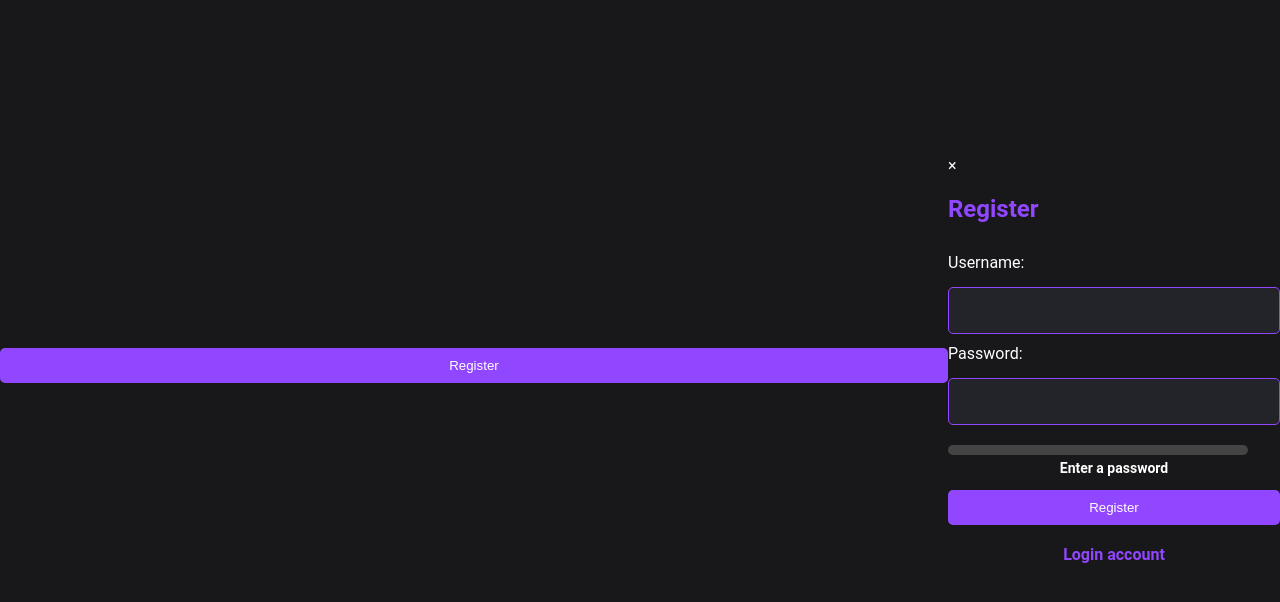
Repository: wolvicjohn/argon2
Page: http://localhost/register.php
The author's editor kept a copy of each file at every save. The page is drawn from the files as they stood at one save, then again after the next save.
The browser window is 1280 px wide. The pictures show the whole page.
The page is run by PHP 8.4 with error messages shown; the project is at /var/www/html/.

Above is the page before, as saved 2024-10-18 02:23:09.

### register.php
<?php
// Include the database connection
require 'db.php';

if ($_SERVER['REQUEST_METHOD'] === 'POST') {
    $username = $_POST['username'];
    $password = $_POST['password'];

    // Check if username exists
    $stmt = $pdo->prepare('SELECT id FROM users WHERE username = ?');
    $stmt->execute([$username]);
    if ($stmt->fetch()) {
        die('Username already taken');
    }

    // Hash password with Argon2
    $passwordHash = password_hash($password, PASSWORD_ARGON2ID);

    // Insert user into database
    $stmt = $pdo->prepare('INSERT INTO users (username, password_hash) VALUES (?, ?)');
    $stmt->execute([$username, $passwordHash]);

    echo "<script>alert('User registered successfully!');</script>";
}
?>
<!DOCTYPE html>
<html lang="en">

<head>
    <meta charset="UTF-8">
    <title>Register</title>
    <link rel="stylesheet" href="styles.css"> <!-- Link to external CSS -->
</head>

<body>
    <button id="openModal">Register</button> <!-- Button to open the modal -->

    <div id="modal" class="modal"> <!-- Modal structure -->
        <div class="modal-content">
            <span class="close">&times;</span> <!-- Close button -->
            <h2>Register</h2>
            <form action="register.php" method="POST">
                <label for="username">Username:</label>
                <input type="text" name="username" id="username" required>

                <label for="password">Password:</label>
                <input type="password" name="password" id="password" required>

                <div class="password-strength">
                    <div class="strength-bar" id="strength-bar"></div>
                </div>
                <p class="message" id="strength-text">Enter a password</p>

                <button type="submit">Register</button>
                <a href="login.php">Login account</a>
            </form>
        </div>
    </div>

    <script src="script.js"></script> <!-- Link to external JS -->
</body>

</html>

### db.php
<?php
// db.php
$host = 'localhost';
$db = 'argon2_auth';
$user = 'root'; // Your database username
$pass = '';     // Your database password

$dsn = "mysql:host=$host;dbname=$db;charset=utf8mb4";
$options = [
    PDO::ATTR_ERRMODE => PDO::ERRMODE_EXCEPTION,
    PDO::ATTR_DEFAULT_FETCH_MODE => PDO::FETCH_ASSOC,
];

try {
    $pdo = new PDO($dsn, $user, $pass, $options);
} catch (PDOException $e) {
    die("Database connection failed: " . $e->getMessage());
}
?>

### styles.css
/* styles.css */
body {
    font-family: 'Roboto', sans-serif; /* Modern font */
    margin: 0;
    padding: 0;
    height: 100vh; /* Full height for vertical centering */
    display: flex;
    justify-content: center; /* Center horizontally */
    align-items: center; /* Center vertically */
    background-color: #18181b; /* Dark background */
    color: #ffffff; /* White text color */
}

.container {
    text-align: center; /* Center text inside container */
    padding: 20px;
    background-color: #23232a; /* Dark card background */
    border-radius: 10px; /* Rounded corners */
    box-shadow: 0 4px 20px rgba(0, 0, 0, 0.5); /* Subtle shadow */
}

h2 {
    color: #9146ff; /* Twitch purple */
    margin-bottom: 30px;
}

label {
    display: block;
    margin-bottom: 5px;
}

input {
    margin: 10px 0;
    padding: 15px;
    width: 300px;
    border: 1px solid #9146ff; /* Twitch purple border */
    border-radius: 5px;
    background-color: #23232a; /* Dark input background */
    color: #ffffff; /* White text color */
}

input:focus {
    outline: none;
    border-color: #ff477e; /* Pink border on focus */
}

button {
    padding: 10px 20px;
    cursor: pointer;
    background-color: #9146ff; /* Twitch purple */
    color: white;
    border: none;
    border-radius: 5px;
    transition: background-color 0.3s ease;
    margin-top: 10px; /* Spacing above the button */
    display: block; /* Centering the button */
    width: 100%; /* Full width button */
}

button:hover {
    background-color: #7e3af2; /* Darker purple on hover */
}

.password-strength {
    margin-top: 10px;
    height: 10px;
    width: 300px;
    background-color: #444; /* Darker background for strength meter */
    border-radius: 5px;
    overflow: hidden;
}

.strength-bar {
    height: 100%;
    width: 0%;
    transition: width 0.3s ease-in-out;
}

.strength-weak {
    background-color: red;
}

.strength-medium {
    background-color: orange;
}

.strength-strong {
    background-color: #4CAF50; /* Green for strong */
}

.message {
    margin-top: 5px;
    font-size: 14px;
    font-weight: bold;
    text-align: center; /* Centered text */
}

a {
    display: block;
    text-align: center;
    margin-top: 20px;
    color: #9146ff; /* Twitch purple */
    text-decoration: none;
    font-weight: bold;
}

a:hover {
    color: #7e3af2; /* Darker purple on hover */
}

### script.js
// script.js
const passwordInput = document.getElementById('password');
const strengthBar = document.getElementById('strength-bar');
const strengthText = document.getElementById('strength-text');

passwordInput.addEventListener('input', () => {
    const password = passwordInput.value;
    const strength = calculateStrength(password);
    updateStrengthMeter(strength);
});

function calculateStrength(password) {
    let strength = 0;

    if (password.length >= 8) strength++;
    if (/[A-Z]/.test(password)) strength++;
    if (/[a-z]/.test(password)) strength++;
    if (/[0-9]/.test(password)) strength++;
    if (/[^A-Za-z0-9]/.test(password)) strength++;

    return strength;
}

function updateStrengthMeter(strength) {
    // Reset the strength bar
    strengthBar.className = 'strength-bar';
    strengthBar.style.width = `${strength * 20}%`;  // Dynamically set the width

    // Set the color and text based on strength
    if (strength <= 1) {
        strengthBar.classList.add('strength-weak');
        strengthText.textContent = 'Weak';
        strengthText.style.color = 'red';
    } else if (strength <= 3) {
        strengthBar.classList.add('strength-medium');
        strengthText.textContent = 'Medium';
        strengthText.style.color = 'orange';
    } else {
        strengthBar.classList.add('strength-strong');
        strengthText.textContent = 'Strong';
        strengthText.style.color = 'green';
    }
}

After the next save:
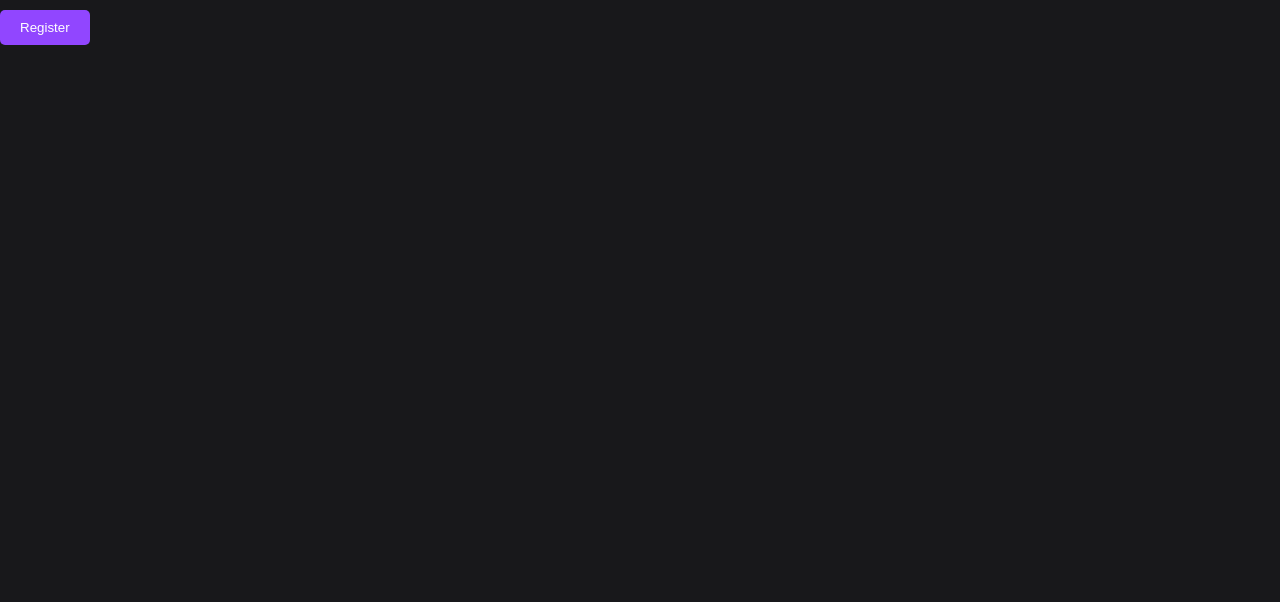
Saved 14 s later.
--- a/styles.css
+++ b/styles.css
@@ -3,36 +3,63 @@
     font-family: 'Roboto', sans-serif; /* Modern font */
     margin: 0;
     padding: 0;
-    height: 100vh; /* Full height for vertical centering */
-    display: flex;
-    justify-content: center; /* Center horizontally */
-    align-items: center; /* Center vertically */
     background-color: #18181b; /* Dark background */
     color: #ffffff; /* White text color */
 }
 
-.container {
-    text-align: center; /* Center text inside container */
-    padding: 20px;
-    background-color: #23232a; /* Dark card background */
-    border-radius: 10px; /* Rounded corners */
-    box-shadow: 0 4px 20px rgba(0, 0, 0, 0.5); /* Subtle shadow */
+button {
+    padding: 10px 20px;
+    cursor: pointer;
+    background-color: #9146ff; /* Twitch purple */
+    color: white;
+    border: none;
+    border-radius: 5px;
+    transition: background-color 0.3s ease;
+    margin-top: 10px; /* Spacing above the button */
 }
 
-h2 {
-    color: #9146ff; /* Twitch purple */
-    margin-bottom: 30px;
+/* Modal Styles */
+.modal {
+    display: none; /* Hidden by default */
+    position: fixed; /* Stay in place */
+    z-index: 1000; /* Sit on top */
+    left: 0;
+    top: 0;
+    width: 100%; /* Full width */
+    height: 100%; /* Full height */
+    overflow: auto; /* Enable scroll if needed */
+    background-color: rgba(0, 0, 0, 0.8); /* Black background with opacity */
 }
 
-label {
-    display: block;
-    margin-bottom: 5px;
+.modal-content {
+    background-color: #23232a; /* Dark card background */
+    margin: 15% auto; /* 15% from the top and centered */
+    padding: 20px;
+    border: 1px solid #9146ff; /* Twitch purple border */
+    border-radius: 10px; /* Rounded corners */
+    width: 400px; /* Width of the modal */
+    text-align: center; /* Center text */
 }
 
+.close {
+    color: #aaa; /* Light grey */
+    float: right; /* Float the close button to the right */
+    font-size: 28px; /* Larger font size */
+    font-weight: bold; /* Bold font */
+}
+
+.close:hover,
+.close:focus {
+    color: #ff477e; /* Pink color on hover */
+    text-decoration: none;
+    cursor: pointer; /* Pointer cursor on hover */
+}
+
+/* Existing styles for inputs and messages */
 input {
     margin: 10px 0;
     padding: 15px;
-    width: 300px;
+    width: 100%; /* Full width */
     border: 1px solid #9146ff; /* Twitch purple border */
     border-radius: 5px;
     background-color: #23232a; /* Dark input background */
@@ -44,27 +71,10 @@
     border-color: #ff477e; /* Pink border on focus */
 }
 
-button {
-    padding: 10px 20px;
-    cursor: pointer;
-    background-color: #9146ff; /* Twitch purple */
-    color: white;
-    border: none;
-    border-radius: 5px;
-    transition: background-color 0.3s ease;
-    margin-top: 10px; /* Spacing above the button */
-    display: block; /* Centering the button */
-    width: 100%; /* Full width button */
-}
-
-button:hover {
-    background-color: #7e3af2; /* Darker purple on hover */
-}
-
 .password-strength {
     margin-top: 10px;
     height: 10px;
-    width: 300px;
+    width: 100%; /* Full width for the strength meter */
     background-color: #444; /* Darker background for strength meter */
     border-radius: 5px;
     overflow: hidden;

After the 3 saves that followed:
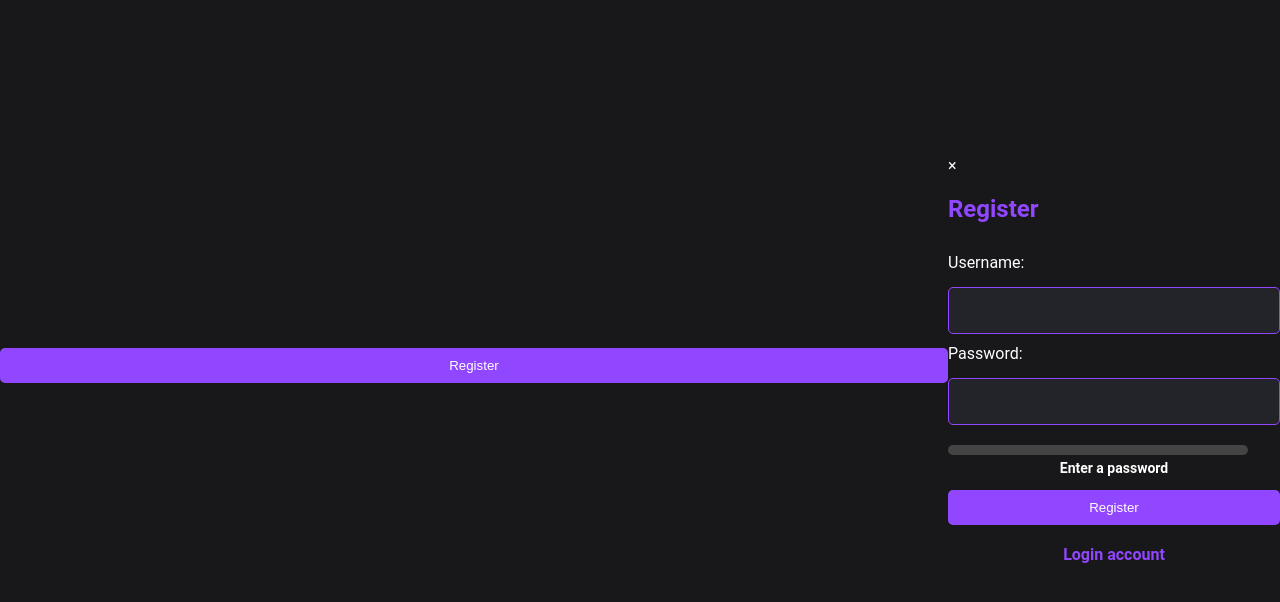
The 3 saves are shown as one change because 2 left the picture as it was.
The last was saved 47 s later.
--- a/styles.css
+++ b/styles.css
@@ -3,8 +3,45 @@
     font-family: 'Roboto', sans-serif; /* Modern font */
     margin: 0;
     padding: 0;
+    height: 100vh; /* Full height for vertical centering */
+    display: flex;
+    justify-content: center; /* Center horizontally */
+    align-items: center; /* Center vertically */
     background-color: #18181b; /* Dark background */
     color: #ffffff; /* White text color */
+}
+
+.container {
+    text-align: center; /* Center text inside container */
+    padding: 20px;
+    background-color: #23232a; /* Dark card background */
+    border-radius: 10px; /* Rounded corners */
+    box-shadow: 0 4px 20px rgba(0, 0, 0, 0.5); /* Subtle shadow */
+}
+
+h2 {
+    color: #9146ff; /* Twitch purple */
+    margin-bottom: 30px;
+}
+
+label {
+    display: block;
+    margin-bottom: 5px;
+}
+
+input {
+    margin: 10px 0;
+    padding: 15px;
+    width: 300px;
+    border: 1px solid #9146ff; /* Twitch purple border */
+    border-radius: 5px;
+    background-color: #23232a; /* Dark input background */
+    color: #ffffff; /* White text color */
+}
+
+input:focus {
+    outline: none;
+    border-color: #ff477e; /* Pink border on focus */
 }
 
 button {
@@ -16,65 +53,18 @@
     border-radius: 5px;
     transition: background-color 0.3s ease;
     margin-top: 10px; /* Spacing above the button */
+    display: block; /* Centering the button */
+    width: 100%; /* Full width button */
 }
 
-/* Modal Styles */
-.modal {
-    display: none; /* Hidden by default */
-    position: fixed; /* Stay in place */
-    z-index: 1000; /* Sit on top */
-    left: 0;
-    top: 0;
-    width: 100%; /* Full width */
-    height: 100%; /* Full height */
-    overflow: auto; /* Enable scroll if needed */
-    background-color: rgba(0, 0, 0, 0.8); /* Black background with opacity */
-}
-
-.modal-content {
-    background-color: #23232a; /* Dark card background */
-    margin: 15% auto; /* 15% from the top and centered */
-    padding: 20px;
-    border: 1px solid #9146ff; /* Twitch purple border */
-    border-radius: 10px; /* Rounded corners */
-    width: 400px; /* Width of the modal */
-    text-align: center; /* Center text */
-}
-
-.close {
-    color: #aaa; /* Light grey */
-    float: right; /* Float the close button to the right */
-    font-size: 28px; /* Larger font size */
-    font-weight: bold; /* Bold font */
-}
-
-.close:hover,
-.close:focus {
-    color: #ff477e; /* Pink color on hover */
-    text-decoration: none;
-    cursor: pointer; /* Pointer cursor on hover */
-}
-
-/* Existing styles for inputs and messages */
-input {
-    margin: 10px 0;
-    padding: 15px;
-    width: 100%; /* Full width */
-    border: 1px solid #9146ff; /* Twitch purple border */
-    border-radius: 5px;
-    background-color: #23232a; /* Dark input background */
-    color: #ffffff; /* White text color */
-}
-
-input:focus {
-    outline: none;
-    border-color: #ff477e; /* Pink border on focus */
+button:hover {
+    background-color: #7e3af2; /* Darker purple on hover */
 }
 
 .password-strength {
     margin-top: 10px;
     height: 10px;
-    width: 100%; /* Full width for the strength meter */
+    width: 300px;
     background-color: #444; /* Darker background for strength meter */
     border-radius: 5px;
     overflow: hidden;
